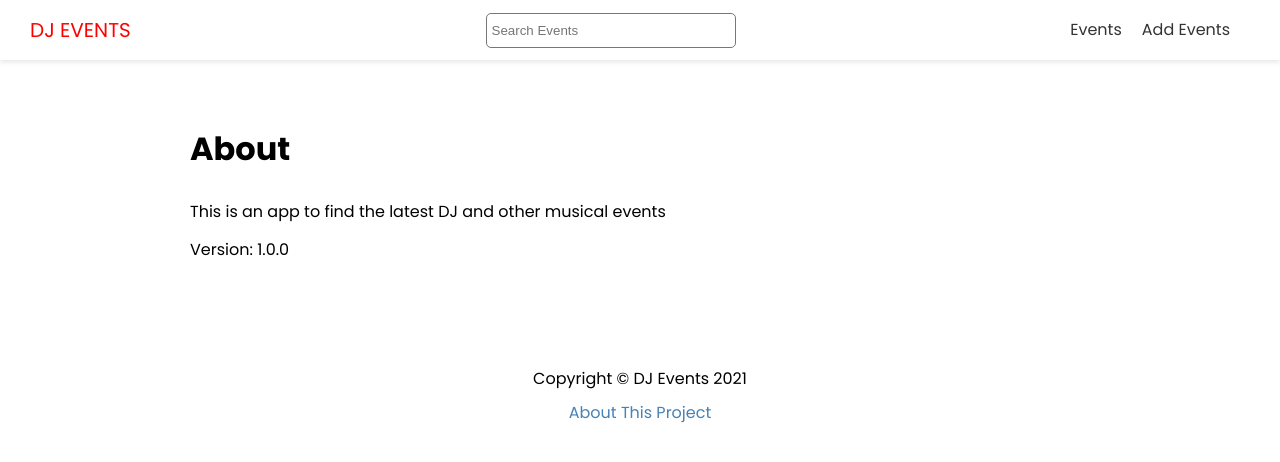
Repository: ShamroOoz/Concerts-Creator-Frontend-Nextjs
Page: /about
An editor plug-in stored every save of this project. The page is shown before and after the next save, followed by the edit.
The browser window is 1280 px wide. The pictures show the whole page.
The project was rebuilt for these pictures with package versions that can differ from the ones it lists, and the page was loaded fresh each time. The framework's server and built-in components were replaced by stand-ins that run in the browser. Also part of the build but not shown: next.config.js, styles/Showcase.module.css, components/Showcase.js.

Above is the page before, as saved 2021-04-22 23:35:48.

### pages/about.js
import Layout from "@/components/Layout";

export default function AboutPage() {
  return (
    <Layout title="About DJ Events">
      <div>
        <h1>About</h1>
        <p>This is an app to find the latest DJ and other musical events</p>
        <p>Version: 1.0.0</p>
      </div>
    </Layout>
  );
}

### styles/globals.css
@import url("https://fonts.googleapis.com/css2?family=Poppins:wght@300;400;500;600;700&display=swap");

* {
  box-sizing: border-box;
  margin: 0;
  padding: 0;
}

html,
body {
  font-family: "Poppins", sans-serif;
  line-height: 1.8;
}

a {
  text-decoration: none;
  color: steelblue;
}

a:hover {
  text-decoration: underline;
  color: chocolate;
}

p {
  margin: 10px 0;
}

h1 {
  margin-bottom: 20px;
}

.btn {
  display: inline-block;
  background: red;
  color: #fff;
  padding: 10px 20px;
  cursor: pointer;
  border: 0;
  border-radius: 5px;
}

.btn:hover {
  opacity: 0.9;
}

.btn-secondary {
  font: inherit;
  font-size: 13px;
  background: #000;
  color: #fff !important;
  border: 0;
  border-radius: 5px;
  padding: 5px 15px;
  margin: 0 20px;
  cursor: pointer;
}

.btn-secondary:hover {
  opacity: 0.8;
}

.btn-icon {
  display: flex;
  align-items: center;
  justify-content: center;
}

.btn-icon svg {
  margin-right: 5px;
}

### components/Layout.js
import Head from "next/head";
import { useRouter } from "next/router";
import Header from "./Header";
import Footer from "./Footer";
import Showcase from "./Showcase";
import styles from "../styles/Layout.module.css";

export default function Layout({ title, keywords, description, children }) {
  const router = useRouter();
  return (
    <div>
      <Head>
        <title>{title}</title>
        <meta name="description" content={description} />
        <meta name="keywords" content={keywords} />
      </Head>

      <Header />
      {router.pathname === "/" && <Showcase />}

      <div className={styles.container}>{children}</div>
      <Footer />
    </div>
  );
}

Layout.defaultProps = {
  title: "DJ Events | Find the hottest parties",
  description: "Find the latest DJ and other musical events",
  keywords: "music, dj, edm, events",
};

### components/Header.js
import Link from "next/link";
import styles from "../styles/Header.module.css";
import Search from "./Search";
export default function Header() {
  return (
    <header className={styles.header}>
      <div className={styles.logo}>
        <Link href="/">
          <a>DJ Events</a>
        </Link>
      </div>
      <Search />
      <nav>
        <ul>
          <li>
            <Link href="/events">
              <a>Events</a>
            </Link>
          </li>
          <li>
            <Link href="/events/add">
              <a>Add Events</a>
            </Link>
          </li>
        </ul>
      </nav>
    </header>
  );
}

### components/Footer.js
import Link from "next/link";
import styles from "@/styles/Footer.module.css";

export default function Footer() {
  return (
    <footer className={styles.footer}>
      <p>Copyright &copy; DJ Events 2021</p>
      <p>
        <Link href="/about">About This Project</Link>
      </p>
    </footer>
  );
}

### styles/Header.module.css
.header {
  display: flex;
  justify-content: space-between;
  align-items: center;
  background: #fff;
  color: #333;
  height: 60px;
  padding: 0 30px;
  box-shadow: 0 2px 5px rgba(0, 0, 0, 0.1);
}

.header a {
  color: #333;
  margin-right: 20px;
}

.header a:hover {
  color: #000;
}
.header ul {
  display: flex;
  align-items: center;
  justify-content: center;
  list-style: none;
}

.logo {
  color: red;
  font-size: 20px;
  text-transform: uppercase;
}

.logo a {
  color: red;
}

@media (max-width: 768px) {
  .header {
    flex-direction: column;
    height: auto;
  }

  .header ul {
    margin: 20px 0;
    flex-direction: column;
    text-align: center;
  }

  .header a {
    margin-right: 0;
  }

  .logo {
    margin: 20px 0;
  }
}

### components/Search.js
import { useState } from "react";
import { useRouter } from "next/router";
import styles from "@/styles/Search.module.css";

export default function Search() {
  const [term, setTerm] = useState("");

  const router = useRouter();

  const handleSubmit = (e) => {
    e.preventDefault();
    router.push(`/events/search?term=${term}`);
    setTerm("");
  };

  return (
    <div className={styles.search}>
      <form onSubmit={handleSubmit}>
        <input
          type="text"
          value={term}
          onChange={(e) => setTerm(e.target.value)}
          placeholder="Search Events"
        />
      </form>
    </div>
  );
}

Loaded but not shown: pages/_app.js (common file); pages/_document.js (common file); styles/Layout.module.css (common file); styles/Footer.module.css (common file); styles/Search.module.css (common file)

After the next save:
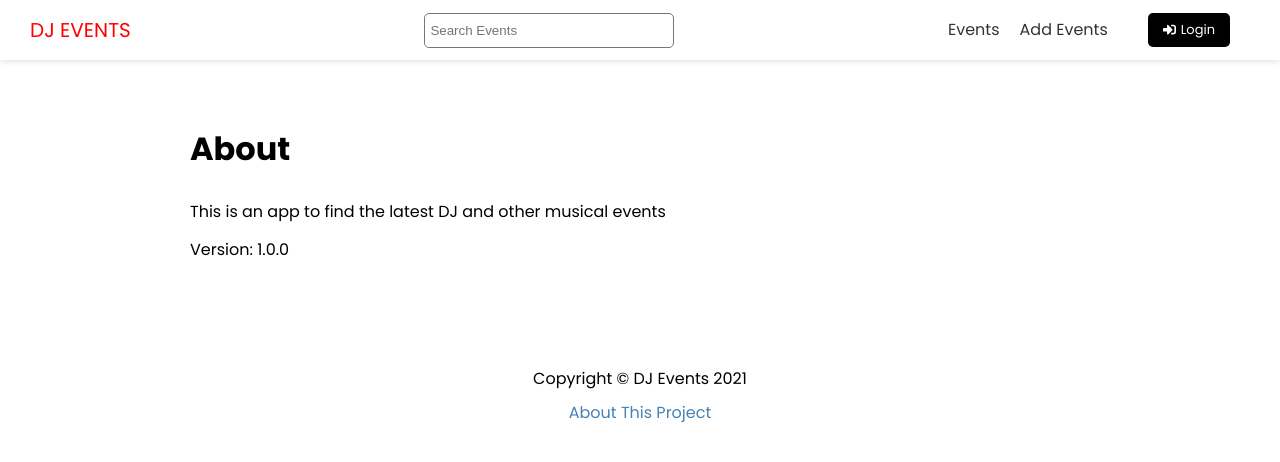
Saved 59 s later.
--- a/components/Header.js
+++ b/components/Header.js
@@ -1,6 +1,8 @@
 import Link from "next/link";
 import styles from "../styles/Header.module.css";
 import Search from "./Search";
+import { FaSignInAlt, FaSignOutAlt } from "react-icons/fa";
+
 export default function Header() {
   return (
     <header className={styles.header}>
@@ -22,6 +24,13 @@ export default function Header() {
               <a>Add Events</a>
             </Link>
           </li>
+          <li>
+            <Link href="/account/login">
+              <a className="btn-secondary btn-icon">
+                <FaSignInAlt /> Login
+              </a>
+            </Link>
+          </li>
         </ul>
       </nav>
     </header>
